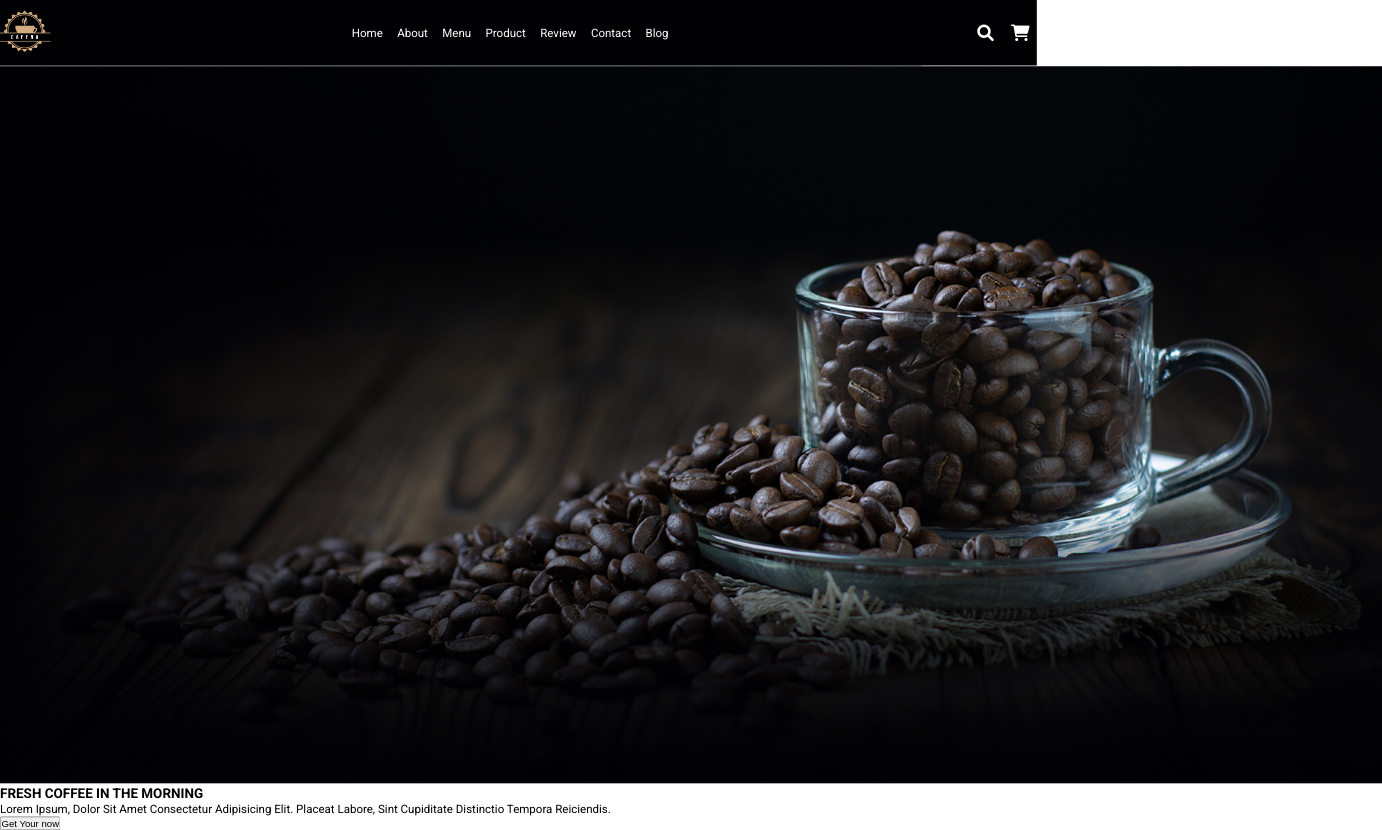
Repository: Dinhthai303/DinhThai
Page: index.html
These files come from the project's save history. The page is drawn as it stood at one moment and after the next save; the edit follows.
The browser window is 1280 px wide. The page is 1920 px wide, then 1440 px, so the pictures cover 1920 px, including what lies to the right of the window. The pictures show the whole page, at 72% of full size.

Above is the page before, as saved 2021-11-27 23:56:45.

### index.html
<!DOCTYPE html>
<html lang="en">

<head>
    <meta charset="UTF-8">
    <meta http-equiv="X-UA-Compatible" content="IE=edge">
    <meta name="viewport" content="width=device-width, initial-scale=1.0">
    <title>Document</title>
    <!-- FONT AWESOME -->
    <link rel="stylesheet" href="https://cdnjs.cloudflare.com/ajax/libs/font-awesome/6.0.0-beta3/css/all.min.css"
        integrity="sha512-Fo3rlrZj/k7ujTnHg4CGR2D7kSs0v4LLanw2qksYuRlEzO+tcaEPQogQ0KaoGN26/zrn20ImR1DfuLWnOo7aBA=="
        crossorigin="anonymous" referrerpolicy="no-referrer" />
    <!-- GOOLE FONT -->
    <link rel="preconnect" href="https://fonts.googleapis.com">
    <link rel="preconnect" href="https://fonts.gstatic.com" crossorigin>
    <link href="https://fonts.googleapis.com/css2?family=Roboto:wght@400;500;700&display=swap" rel="stylesheet">
    <!-- MAIN CSS -->
    <link rel="stylesheet" href="./css/style.css">
</head>

<body>
    <header class="header">
        <div class="container">
            <div class="header__content">
                <div class="header__logo">
                    <img src="./images/logo.png" alt="">
                </div>
                <ul class="header__menu">
                    <li class="header__item"><a class="header__link" href="#">Home</a></li>
                    <li class="header__item"><a class="header__link" href="#">About</a></li>
                    <li class="header__item"><a class="header__link" href="#">Menu</a></li>
                    <li class="header__item"><a class="header__link" href="#">Product</a></li>
                    <li class="header__item"><a class="header__link" href="#">Review</a></li>
                    <li class="header__item"><a class="header__link" href="#">Contact</a></li>
                    <li class="header__item"><a class="header__link" href="#">Blog</a></li>
                </ul>
                <div class="header__icon">
                    <i class="fa fa-search"></i>
                    <i class="fa fa-shopping-cart"></i>
                </div>
            </div>
        </div>
    </header>
    <section class="banner">
        <div class="banner__content">
            <img class="banner__image" src="./images/home-img.jpeg" alt="">
            <div class="banner__text">
                <h3 class="banner__title">FRESH COFFEE IN THE MORNING</h3>
                <p class="banner__desc">Lorem Ipsum, Dolor Sit Amet Consectetur Adipisicing Elit. Placeat Labore, Sint
                    Cupiditate Distinctio Tempora Reiciendis.</p>
                <button class="banner__button">Get Your now</button>
            </div>
        </div>
    </section>
    <section class="about"></section>
    <section class="menu"></section>
    <section class="products"></section>
    <section class="review"></section>
    <section class="contact"></section>
    <section class="blog"></section>
    <footer class="footer"></footer>
</body>

</html>

### css/style.css
*{
    margin: 0;
    padding: 0;
    box-sizing: border-box;
}
body{
    font-family: 'Roboto', sans-serif;
    /* background-color: #010103; */
}
.container{
    width: 1440px;
    margin: 0 auto;
}
.header{
    background-color: #010103;
    border-bottom: 1px solid #4D4E4F;
}
.header__content{
    display: flex;
    justify-content: space-between;
    align-items: center;
    background-color: #010103;
    padding: 15px 0;
}
.header__menu{
    display: flex;
    list-style: none;
    gap: 20px;
}
.header__item:hover .header__link{
    color: #D3AD7F;
}
.header__item:hover .header__link::after{
    opacity: 1;
    transform: translateY(7px);
}
.header__link::after{
    content: "";
    width: 100%;
    height: 2px;
    position: absolute;
    left: 0;
    bottom: 0;
    background-color: #D3AD7F;
    transition: all .5s;
    opacity: 0;
}
.header__link{
    position: relative;
    color: white;
    text-decoration: none;
}
.header__icon i{
    color: white;
    font-size: 23px;
    margin: 0 10px;
    cursor: pointer;
}
.header__icon i:hover{
    color: #D3AD7F;
}
.header__logo img{
    width: 70px;
}

After the next save:
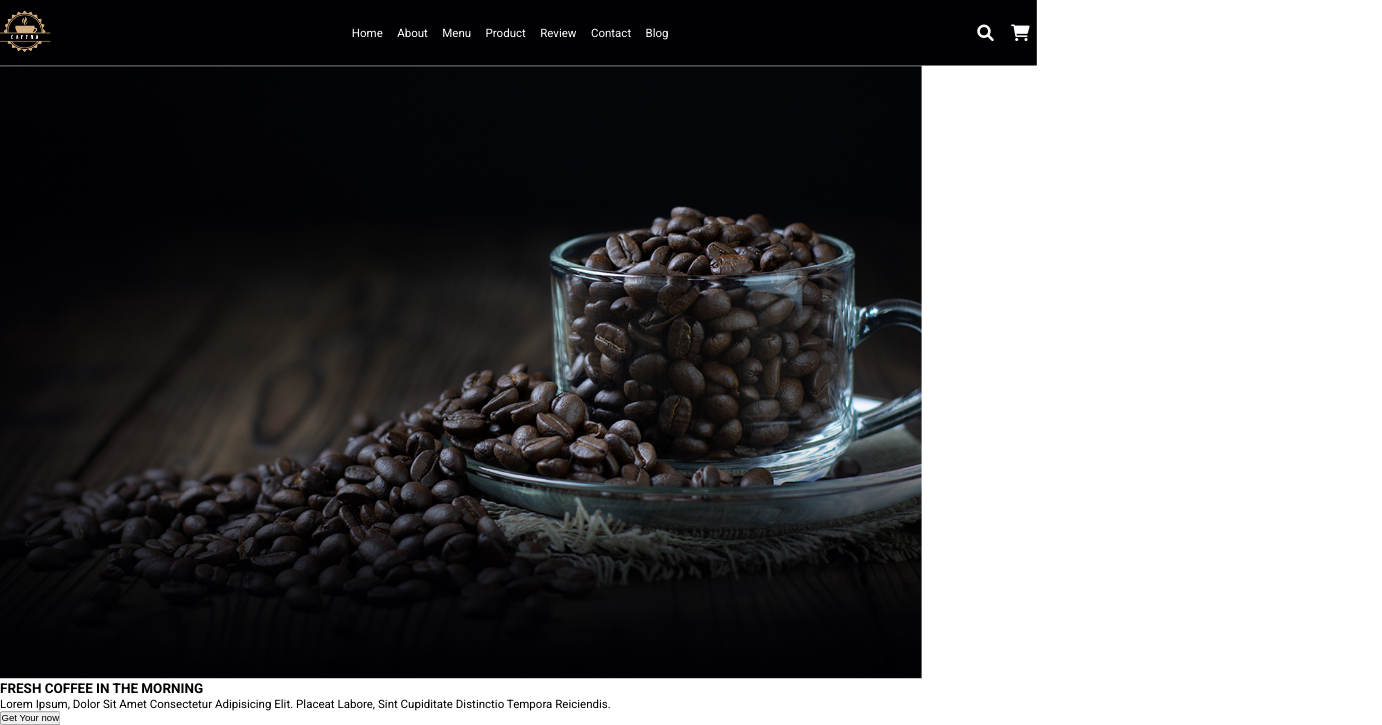
Saved 18 s later.
--- a/css/style.css
+++ b/css/style.css
@@ -62,3 +62,12 @@ body{
 .header__logo img{
     width: 70px;
 }
+.banner__content{
+    width: 100%;
+    height: 850px;
+}
+.banner__image{
+    width: 100%;
+    height: 100%;
+    object-fit: cover;
+}
